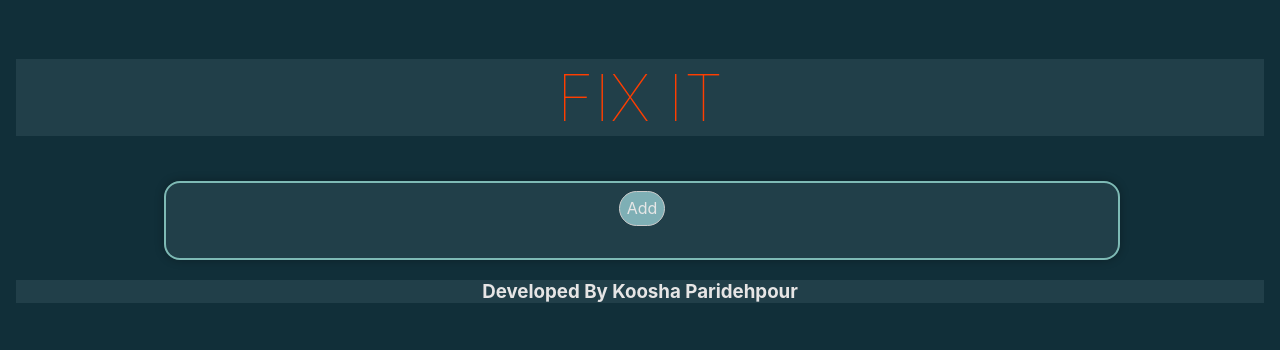
Repository: KooshaPari/fixit-go
Page: / (app in frontend/)
The author's editor kept a copy of each file at every save. The page is drawn from the files as they stood at one save, then again after the next save.
The browser window is 1280 px wide. The pictures show the whole page.
The page's requests for data from a server got no answer. The project was rebuilt for these pictures with package versions that can differ from the ones it lists, and the page was loaded fresh each time. No one was signed in, and anything a server would have sent is missing.

Above is the page before, as saved 2024-09-24 23:28:15.

After the next save:
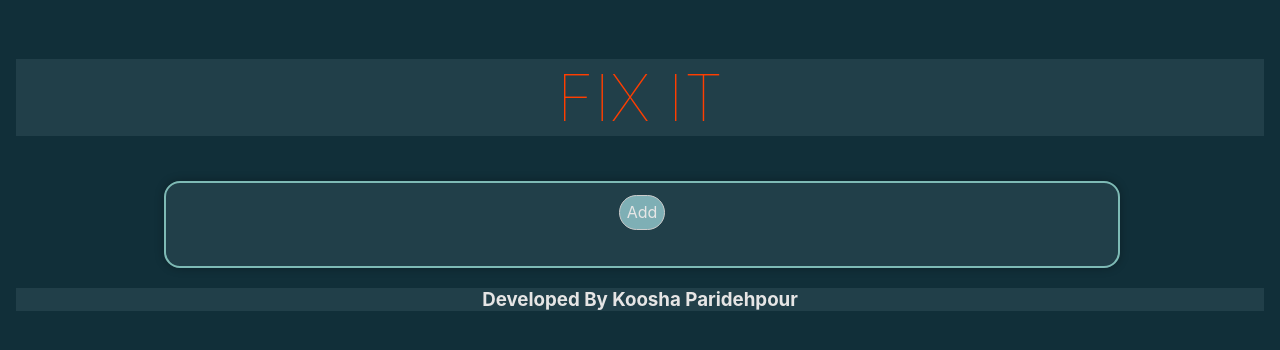
Saved 8 s later.
--- a/frontend/src/App.svelte
+++ b/frontend/src/App.svelte
@@ -147,7 +147,7 @@
 					>
 				</form>
 			</Modal>
-			<div style=" position: sticky; top: 0; ">
+			<div style="padding:0.25em; position: sticky; top: 0; ">
 				<button
 					on:click={() => {
 						showCreateModal = true;
